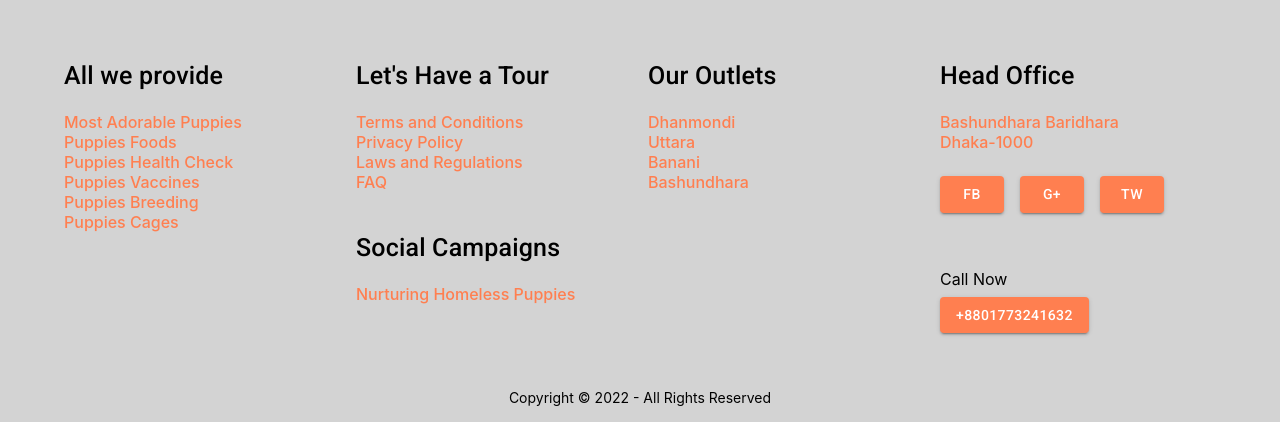
Repository: Sharif-00112/dogos-paradise-client
Page: /
An editor plug-in stored every save of this project. The page is shown before and after the next save, followed by the edit.
The browser window is 1280 px wide. The pictures show the part of the page from y = 2960 to 3422 px (the page is 3382 px tall before and 3422 px after).
The page's requests for data from a server got no answer. The project was rebuilt for these pictures with package versions that can differ from the ones it lists, and the page was loaded fresh each time. Some packages were replaced by stand-ins written for this rebuild. No one was signed in, and anything a server would have sent is missing. Also part of the build but not shown: src/Pages/Home/Dog/Dog.js, src/Pages/Login/Login/Login.js, src/Pages/Login/Register/Register.js, src/Pages/Login/PrivateRoute/PrivateRoute.js, src/Pages/NotFound/NotFound.js, src/Pages/Dashboard/MakeAdmin/MakeAdmin.js, src/Pages/Login/AdminRoute/AdminRoute.js, src/Pages/Dashboard/ManageProducts/ManageProducts.js and 4 more. Imported but missing from the stored project, and not drawn on this page: src/Pages/Dashboard/DashboardHome/DashboardHome, src/hooks/useTitle.

Above is the page before, as saved 2022-12-10 22:37:35.

After the next save:
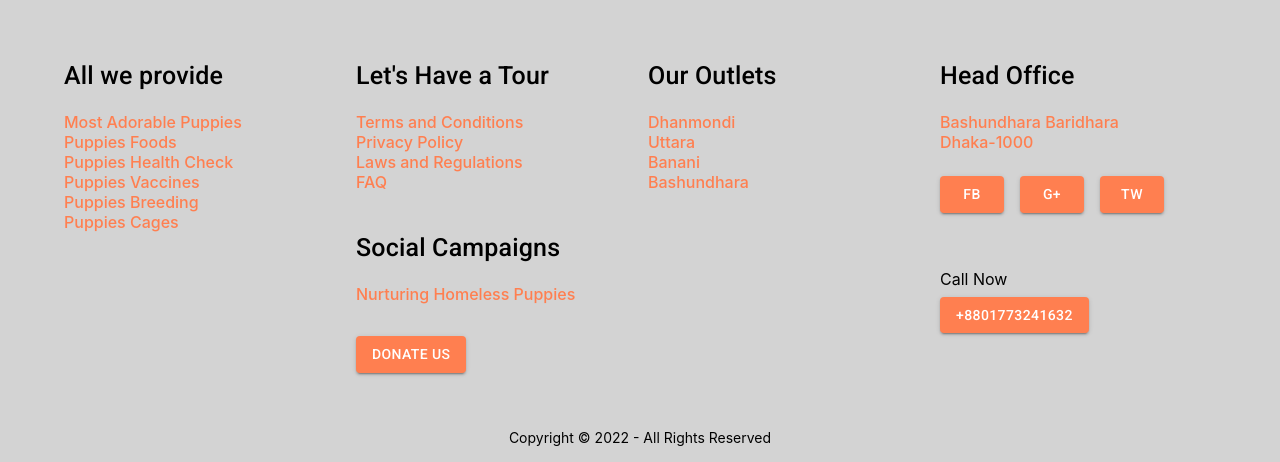
Saved 81 s later.
--- a/src/Pages/Shared/Footer/Footer.js
+++ b/src/Pages/Shared/Footer/Footer.js
@@ -92,6 +92,11 @@ const Footer = () => {
                             to = '/termsAndConditions'>
                                 Nurturing Homeless Puppies
                         </Link>
+                        <Link
+                            style={{ textDecoration:'none', color:'whitesmoke' }}
+                            to = '/donate'>
+                            <Button size="medium" variant="contained" style={{backgroundColor: 'coral'}} sx={{mt:4}}>Donate us</Button>
+                        </Link>
                     </Grid>
                     <Grid item style={{ textAlign: 'left'}} xs={6} md={3}>
                         <Typography sx={{ my:2, fontSize: 18, fontWeight: 600 }} style={{color: 'black', fontWeight: 500, fontSize: 25 }} variant="h6" component="div">
